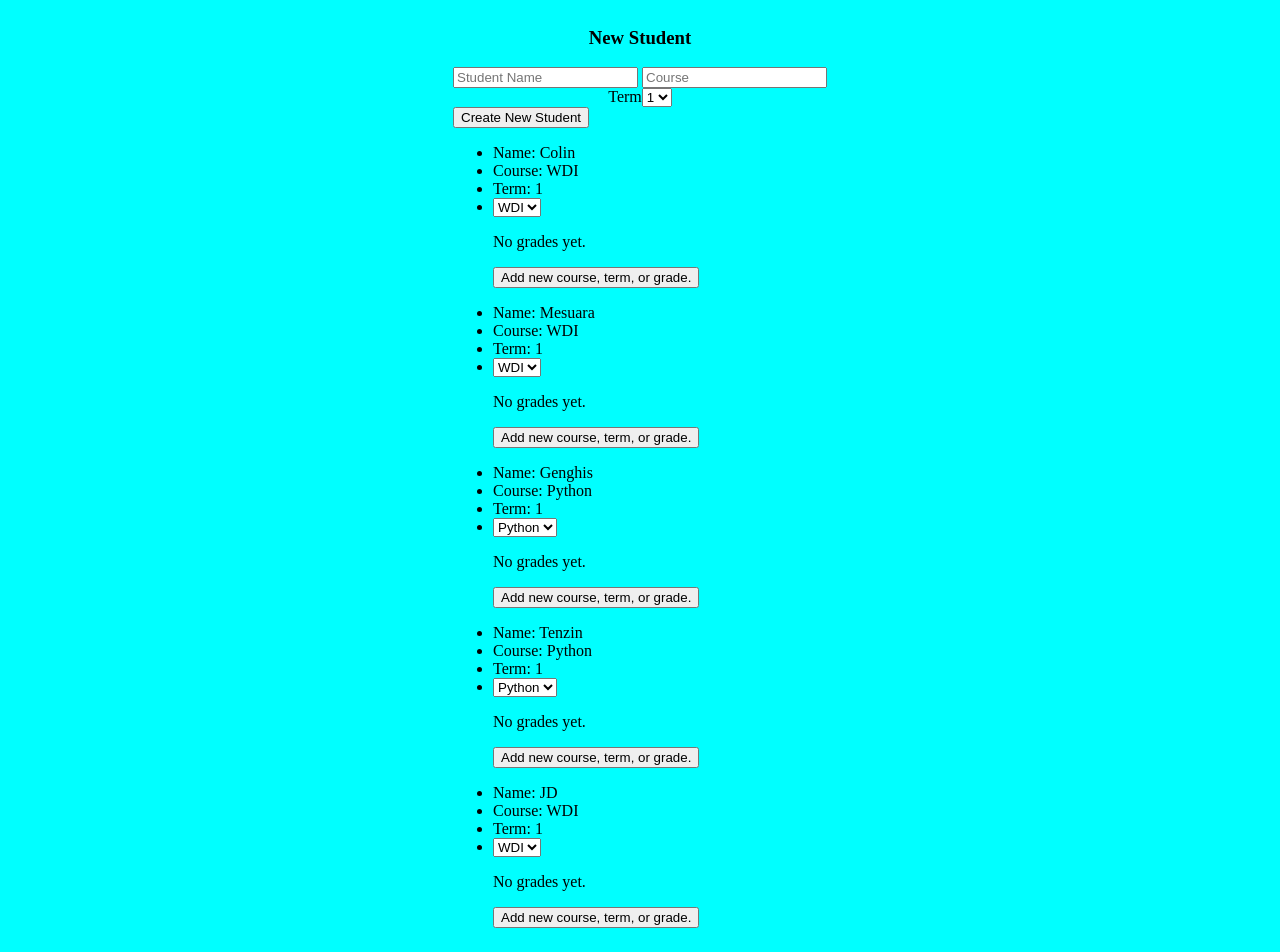
Repository: EdmontDantes/graderaide-ui
Page: index.html
These files come from the project's save history. The page is drawn as it stood at one moment and after the next save; the edit follows.
The browser window is 1280 px wide. The pictures show the whole page.

Above is the page before, as saved 2020-04-21 14:18:57.

### index.html
<html lang="en">
  <head>
    <title>Graderaide</title>
    <meta charset="UTF-8">
    <meta name="viewport" content="width=device-width, initial-scale=1">
    <link rel="stylesheet" type="text/css" href="style.css">
  </head>

  <body>
    <section class="app">
      <section class="new-student-input">
        <h1 id="text-h1-creation-section">New Student</h1>

        <div id="new-student-input-boxes">
          <!-- <label for="new-student-name">Student Name</label> -->
          <input id="new-student-name-input-box"type="text" class="new-student-name" name="new-student-name" placeholder="Student Name">
          <!-- <label for="new-student-course">Course</label> -->
          <input id="new-student-course-input-box" type="text" class="new-student-course" name="new-student-course" placeholder="Course">
        </div>

        <div id="new-student-input-options"
          <label for="new-student-term">Term</label>
          <select class="new-student-term" name="new-student-term">
            <option value="1">1</option>
            <option value="2">2</option>
            <option value="3">3</option>
          </select>
        </div>
      </section>
      <section class="new-student-submit">
        <button type="submit" class="new-student-button">Create New Student</button>
      </section>

      <section class="student-display">
        <ul class="student-info">
          <li>Name: Colin</li>
          <li>Course: WDI</li>
          <li>Term: 1</li>
          <li>
            <select class="course-selection">
              <option value="wdi">WDI</option>
            </select>
            <p>No grades yet.</p>
          </li><button>Add new course, term, or grade.</button>
        </ul>
        <ul class="student-info">
          <li>Name: Mesuara</li>
          <li>Course: WDI</li>
          <li>Term: 1</li>
          <li>
            <select class="course-selection">
              <option value="wdi">WDI</option>
            </select>
            <p>No grades yet.</p>
          </li><button>Add new course, term, or grade.</button>
        </ul>
        <ul class="student-info">
          <li>Name: Genghis</li>
          <li>Course: Python</li>
          <li>Term: 1</li>
          <li>
            <select class="course-selection">
              <option value="python">Python</option>
            </select>
            <p>No grades yet.</p>
          </li><button>Add new course, term, or grade.</button>
        </ul>
        <ul class="student-info">
          <li>Name: Tenzin</li>
          <li>Course: Python</li>
          <li>Term: 1</li>
          <li>
            <select class="course-selection">
              <option value="python">Python</option>
            </select>
            <p>No grades yet.</p>
          </li><button>Add new course, term, or grade.</button>
        </ul>
        <ul class="student-info">
          <li>Name: JD</li>
          <li>Course: WDI</li>
          <li>Term: 1</li>
          <li>
            <select class="course-selection">
              <option value="wdi">WDI</option>
            </select>
            <p>No grades yet.</p>
          </li><button>Add new course, term, or grade.</button>
        </ul>
      </section>
    </section>
  </body>
</html>

### style.css
@media (min-width: 601px) and (max-width: 1100px);
body {
    background-color: aqua;
    display: flex;
    flex-wrap: wrap;
    justify-content: center;
}

#text-h1-creation-section {
    display: flex;
    flex-wrap: wrap;
    justify-content: center;
}

#new-student-input-options {
    display: flex;
    flex-wrap: wrap;
    justify-content: center;
}

.new-student-submit

After the next save:
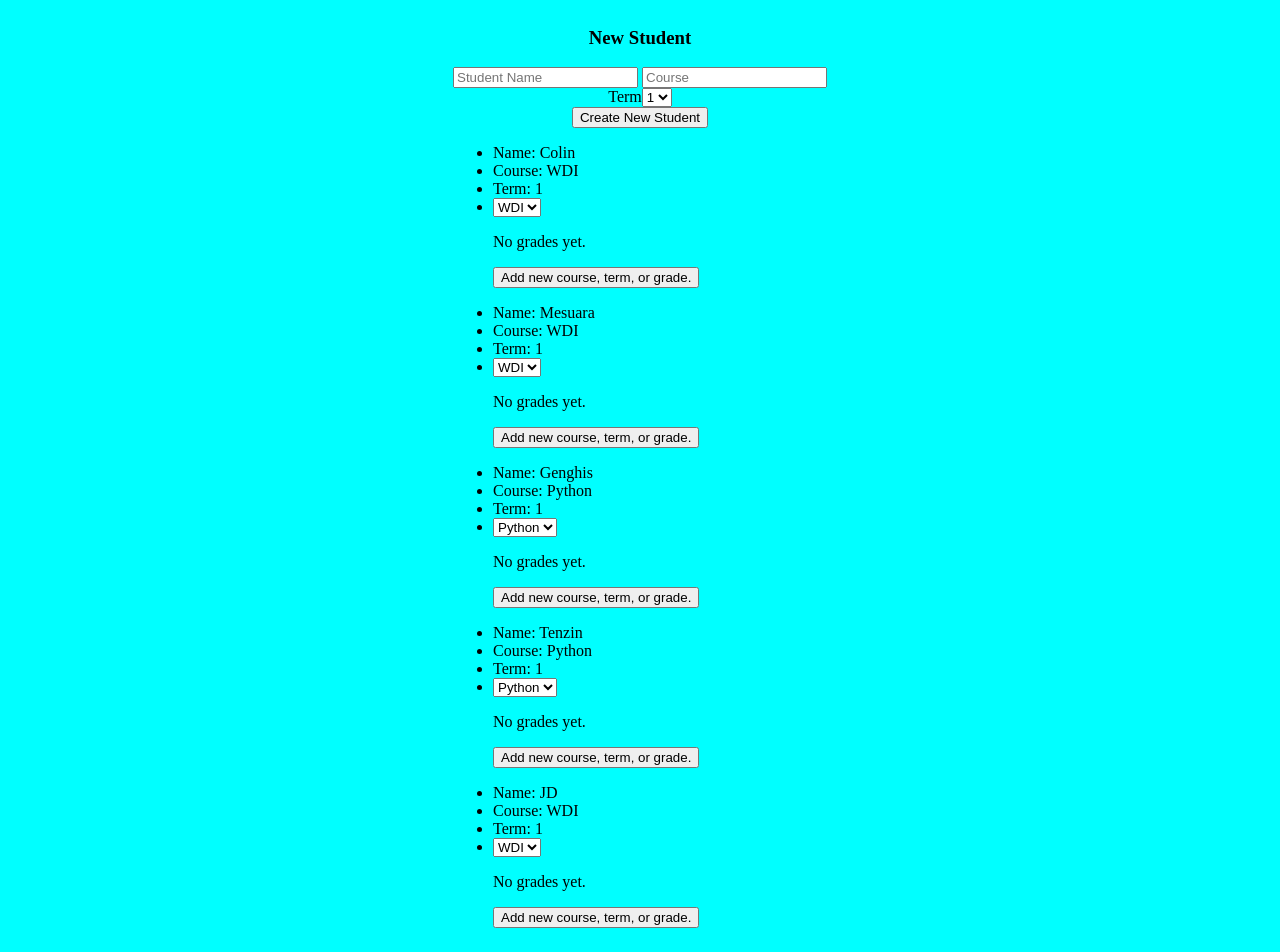
Saved 15 s later.
--- a/style.css
+++ b/style.css
@@ -18,4 +18,8 @@ body {
     justify-content: center;
 }
 
-.new-student-submit
+.new-student-submit {
+    display: flex;
+    flex-wrap: wrap;
+    justify-content: center;
+}
